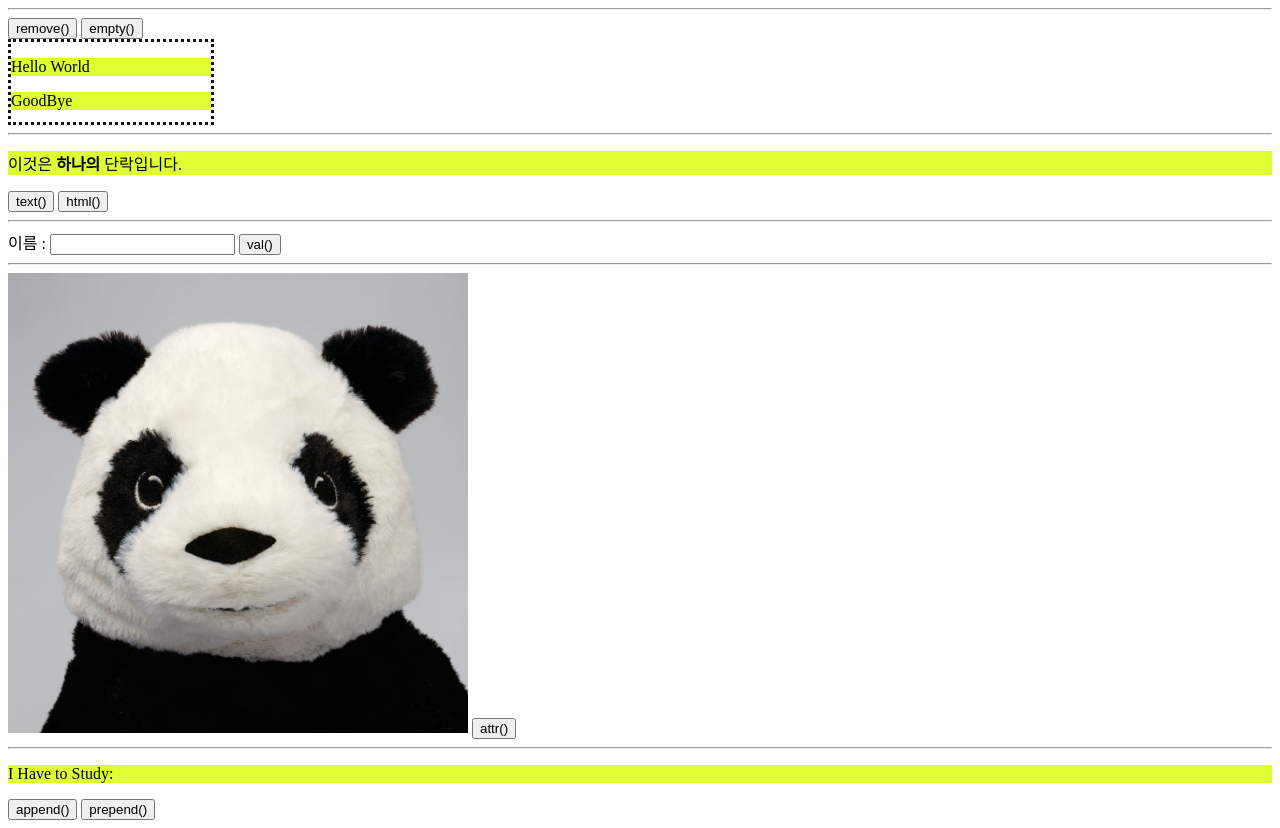
Repository: yujisu01/2021_504_java
Page: javascript_jquery/WebContent/jQuery_ex02.html
These files come from the project's save history. The page is drawn as it stood at one moment and after the next save; the edit follows.
The browser window is 1280 px wide. The pictures show the whole page.

Above is the page before, as saved 2021-04-15 05:33:47.

### javascript_jquery/WebContent/jQuery_ex02.html
<!DOCTYPE html>
<html>
<head>
<meta charset="UTF-8">
<title>Insert title here</title>
<style type="text/css">
	p{
		background-color: #dfff33;
	}
	.container{
		height: 80px;
		width: 200px;
		border:3px dotted #111111;
	}
</style>
<script type="text/javascript" src="js/jQuery3.x/jquery-3.6.0.js"></script>
<script type="text/javascript">
	$().ready(function(){
		$("#text").click(function() {
			alert($("target").text());
		});
		$("#html").click(function() {
			alert($("target").html());
		});
		$("#val").click(function() {
			alert($("#irum").val());
			// 입력된값 가져옴
			console.log($("#irum").val());
		});
		$("#attr").click(function() {
			alert($("#chain_dog").attr("src"));
		});
		$("#button1").click(function() {
			// 태그처럼 인식을 할수있다.
			$("#append").append("<b style='color:#fdd063'>Yes sir zz</b>");
		});
		$("#button2").click(function() {
			$("#append").prepend("<b style='color:#ddd333'>Yes sir zz</b>");
		});
		$("#remove").click(function() {
			$(".container").remove();
		});
		$("#empty").click(function() {
			$(".container").empty();
		});

	});
</script>
</head>
<body>
	<hr>
	<button id="remove">remove()</button>
	<button id="empty">empty()</button>
	<br>
	<div class="container">
		<p class="hello">Hello World</p>
		<p class="goodbye">GoodBye</p>
	</div>
	<hr>
	<p id="target">이것은 <strong>하나의</strong> 단락입니다.</p>
	<button id="text">text()</button>
	<button id="html">html()</button>
	<hr>
	이름 : <input type="text" id="irum" >
	<button id="val">val()</button>
	<hr>
	<img id="chain_dog" alt="공부하는 강아지" src="images/image35.png"
	width="460px;" height="460px;">
	<button id="attr">attr()</button>
	<hr>
	<p id="append">I Have to Study:</p>
	<button id="button1">append()</button>
	<button id="button2">prepend()</button>
</body>
</html>

Loaded but not shown: javascript_jquery/WebContent/js/jQuery3.x/jquery-3.6.0.js (library)

After the next save:
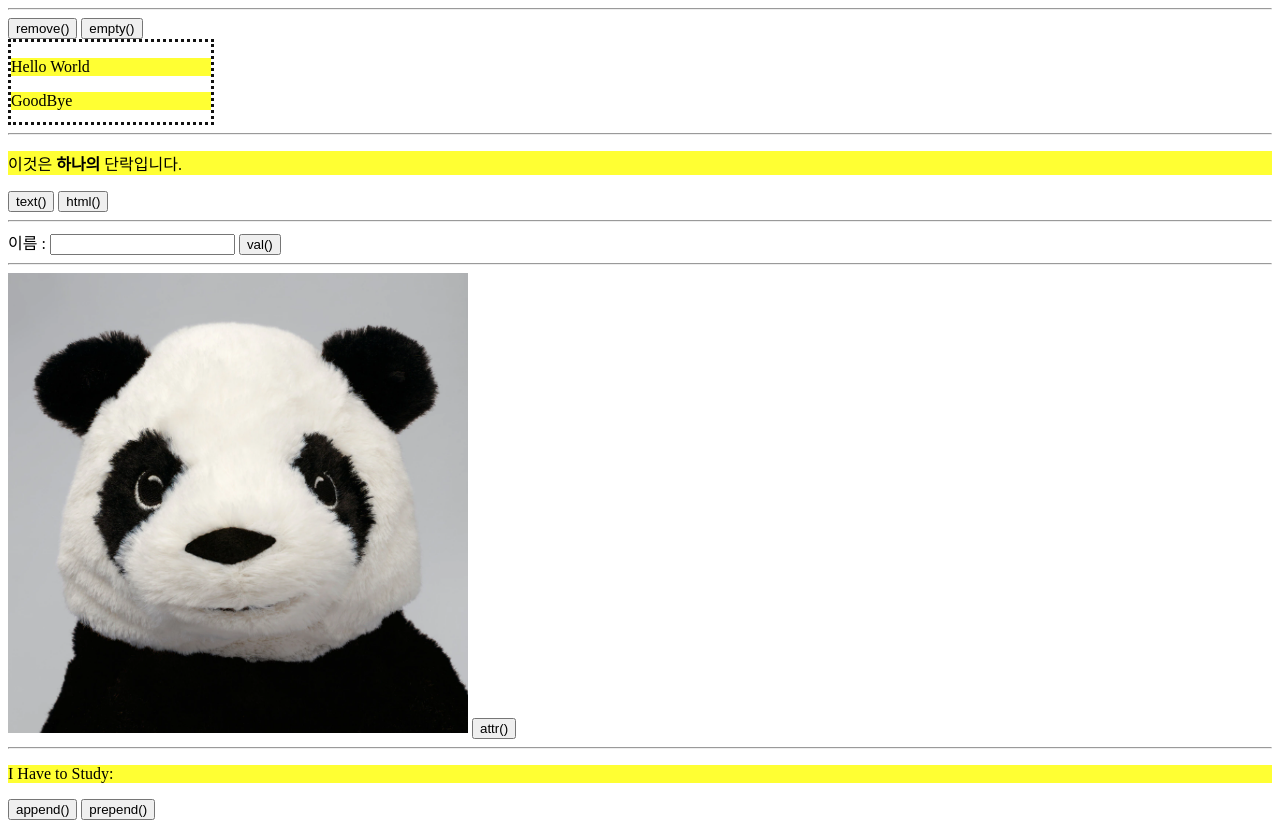
Saved 7 s later.
--- a/javascript_jquery/WebContent/jQuery_ex02.html
+++ b/javascript_jquery/WebContent/jQuery_ex02.html
@@ -5,7 +5,7 @@
 <title>Insert title here</title>
 <style type="text/css">
 	p{
-		background-color: #dfff33;
+		background-color: #ffff33;
 	}
 	.container{
 		height: 80px;
